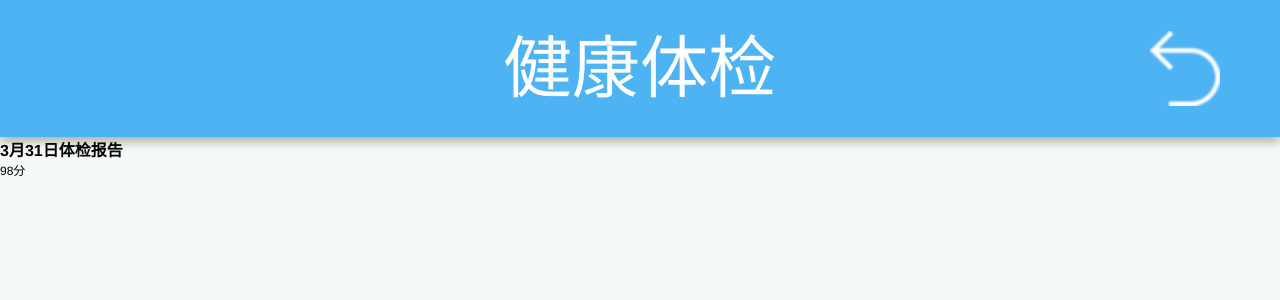
Repository: wangbiaozy/8.24
Page: index_health.html
These files come from the project's save history. The page is drawn as it stood at one moment and after the next save; the edit follows.
The browser window is 1280 px wide. The pictures show the whole page.

Above is the page before, as saved 2018-08-23 20:20:36.

### index_health.html
<!DOCTYPE html>
<html lang="en">
<head>
    <meta charset="UTF-8">
    <meta name="viewport"
          content="width=device-width, user-scalable=no, initial-scale=1.0, maximum-scale=1.0, minimum-scale=1.0">
    <title>Title</title>
    <link rel="stylesheet" href="css/reset.min.css">
    <link rel="stylesheet/less" href="css/styles_test.less">
    <script src="js/less-1.7.0.min.js"></script>
</head>
<body>
    <header>
        <p>健康体检</p>
        <a class="back" href="javascript:void(0)"></a>
    </header>
    <main>
        <h2>
            <a href=""></a>
            <p><span>3月31日</span>体检报告</p>
            <a href=""></a>
        </h2>
        <p><span>98</span>分</p>
    </main>
</body>
</html>
<script src="js/jquery-1.10.1.min.js"></script>
<script src="js/index.js"></script>

### css/reset.min.css
@charset "utf-8";
/*默认样式清除和初始化*/
body,h1,h2,h3,h4,h5,h6,hr,p,blockquote,dl,dt,dd,ul,ol,li,button,input,textarea,th,td{margin:0;padding:0}body{font-size:12px;font-style:normal;font-family:"\5FAE\8F6F\96C5\9ED1",Helvetica,sans-serif}small{font-size:12px}h1{font-size:18px}h2{font-size:16px}h3{font-size:14px}h4,h5,h6{font-size:100%}ul,ol{list-style:none}a{text-decoration:none;background-color:transparent}a:hover,a:active{outline-width:0;text-decoration:none}table{border-collapse:collapse;border-spacing:0}hr{border:0;height:1px}img{border-style:none}img:not([src]){display:none}svg:not(:root){overflow:hidden}html{-webkit-touch-callout:none;-webkit-text-size-adjust:100%}input,textarea,button,a{-webkit-tap-highlight-color:rgba(0,0,0,0)}article,aside,details,figcaption,figure,footer,header,main,menu,nav,section,summary{display:block}audio,canvas,progress,video{display:inline-block}audio:not([controls]),video:not([controls]){display:none;height:0}progress{vertical-align:baseline}mark{background-color:#ff0;color:#000}sub,sup{position:relative;font-size:75%;line-height:0;vertical-align:baseline}sub{bottom:-0.25em}sup{top:-0.5em}button,input,select,textarea{font-size:100%;outline:0}button,input{overflow:visible}button,select{text-transform:none}textarea{overflow:auto}button,html [type="button"],[type="reset"],[type="submit"]{-webkit-appearance:button}button::-moz-focus-inner,[type="button"]::-moz-focus-inner,[type="reset"]::-moz-focus-inner,[type="submit"]::-moz-focus-inner{border-style:none;padding:0}button:-moz-focusring,[type="button"]:-moz-focusring,[type="reset"]:-moz-focusring,[type="submit"]:-moz-focusring{outline:1px dotted ButtonText}[type="checkbox"],[type="radio"]{box-sizing:border-box;padding:0}[type="number"]::-webkit-inner-spin-button,[type="number"]::-webkit-outer-spin-button{height:auto}[type="search"]{-webkit-appearance:textfield;outline-offset:-2px}[type="search"]::-webkit-search-cancel-button,[type="search"]::-webkit-search-decoration{-webkit-appearance:none}::-webkit-input-placeholder{color:inherit;opacity:.54}::-webkit-file-upload-button{-webkit-appearance:button;font:inherit}.clear:after{display:block;height:0;content:"";clear:both}
*{ -webkit-tap-highlight-color: rgba(0,0,0,0);-webkit-tap-highlight-color: transparent; /* For some Androids */ }

### js/index.js
(function (doc, win) {
    var docEl = doc.documentElement,
        resizeEvt = 'orientationchange' in window ? 'orientationchange' : 'resize',
        recalc = function () {
            var clientWidth = docEl.clientWidth;
            if (!clientWidth) return;
            docEl.style.fontSize = 100 * (clientWidth / 750) + 'px';
        };
    if (!doc.addEventListener) return;
    win.addEventListener(resizeEvt, recalc, false);
    doc.addEventListener('DOMContentLoaded', recalc, false);
})(document, window);
$(function () {

    //首页一键体检
    $('#beforeBtn').on('click',function(){
        $('.before').hide();
        $('.check').show();
        $('.progress').circleProgress({
            value: 1,
            size: 115,
            startAngle: Math.PI/2,
            thickness: 14,
            animation: {duration:12000},//进度条完成时间（ms）
            fill: {
                gradient: ["#32edfd"]
            },
            //circle-animation-start：	function(event)-event - jQ事件
            //circle-animation-progress：	function(event, animationProgress, stepValue)：-event - jQ事件 animationProgress - 从0.0到1.0stepValue - 当前的步长值，从0.0到value
            //circle-animation-end:	function(event)：-event - jQ事件
        }).on('circle-animation-progress', function (event, progress, stepValue) {
                $(this).find('span').html(parseInt(stepValue.toFixed(2) * 100));
        }).on('circle-animation-end',function(){
            $('.message').removeClass('move');
            stop();
            $('.check').hide();
            $('.result').show();
        });
        start();
        messageMove();
    });

    //远程测速
    (function () {
        try {
            $('.progress_1').circleProgress({
                value: 1,
                size: 150,
                startAngle: Math.PI / 2,
                thickness: 14,
                animation: { duration: 24000 },//进度条完成时间（ms）
                fill: {
                    gradient: ["#32edfd"]
                },
            }).on('circle-animation-progress', function (event, progress, stepValue) {
                $(this).find('span').html(parseInt(stepValue.toFixed(2) * 100));
            }).on('circle-animation-end', function () {
                stop();
                $('.result_1').show();
                /* if(success){
                    $('.result_1').show();
                }else{
                    $('.result_2').show();
                } */
            });
            start();
        } catch{ }
    })();

    //优化按钮显示优化弹窗
    $('#showOptimizeTcBtn').on('click',function(){
        $('.tc_optimize').show();
    });


    //检查项滚动
    var messageInnerText = '1111';
    function messageScroll(){
        $('.message').children('li:first-child').remove();
        $('.message').append('<li>'+messageInnerText+'</li>');
        if(!$('.message').hasClass('move')){
            window.clearInterval(timer);
        }
    }
    function messageMove(){
        timer = window.setInterval(messageScroll,500);
    }


    //检测时间
    var hour,minute,second;
    hour=minute=second=0;
    var millisecond=0;
    var int;
    function start(){
        int=setInterval(times,50);
    }
    function times(){
        millisecond=millisecond+50;
        if(millisecond>=1000){
            millisecond=0;
            second=second+1;
        }
        if(second>=60){
            second=0;
            minute=minute+1;
        }

        if(minute>=60){
            minute=0;
            hour=hour+1;
        }
      $('#timeText').text((hour<10?"0"+hour:hour)+':'+(minute<10?"0"+minute:minute)+':'+(second<10?"0"+second:second));
    }
    function stop(){
        window.clearInterval(int);
    }


    //查看详细清单下拉
    $('.arrow').on('click',function(){
        var $this = $(this),
            $listBox = $(this).siblings('div');
        $listBox.slideToggle("normal",function(){
            if($listBox.css('display') === 'block'){
                $this.addClass('act');
                $this.siblings('p').css('opacity','0');
            }else{
                $this.removeClass('act');
                $this.siblings('p').css('opacity','1');
            }
        });
    });



    //网关重启 WIFI开关 LED指示灯开关 查看黑名单
    $('#controlBox').on('click','a',function(){
        var $this = $(this);
        if($this.hasClass('off')){
            $this.removeClass('off');
        }else{
            $this.addClass('off');
        }
    });

    $('#look_blacklist').on('click',function(){
        $('.blacklistModel').show();
    });

    //返回
    $('.back').on('click',function(){
        window.history.go(-1);
    });
    //关闭弹窗
    $('.close').on('click',function(){
        $(this).parent().hide();
        hideMask();
    });
    //显示遮罩层
    function showMask(){
        $("#mask").css("height",$(document).height());
        $("#mask").css("width",$(document).width());
        $("#mask").show();
        $('body').css('position','fixed');
    }
    //隐藏遮罩层
    function hideMask(){
        $("#mask").hide();
        $('body').css('position','unset');
    }
});

Loaded but not shown: js/less-1.7.0.min.js (library); js/jquery-1.10.1.min.js (library)

After the next save:
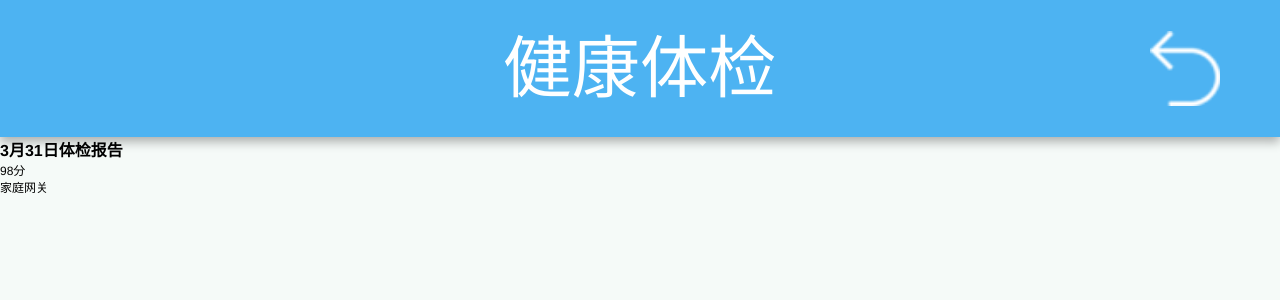
Saved 46 s later.
--- a/index_health.html
+++ b/index_health.html
@@ -15,12 +15,18 @@
         <a class="back" href="javascript:void(0)"></a>
     </header>
     <main>
-        <h2>
-            <a href=""></a>
-            <p><span>3月31日</span>体检报告</p>
-            <a href=""></a>
-        </h2>
-        <p><span>98</span>分</p>
+        <div class="head">
+            <h2>
+                <a href=""></a>
+                <p><span>3月31日</span>体检报告</p>
+                <a href=""></a>
+            </h2>
+            <p><span>98</span>分</p>
+        </div>
+        <div class="title">
+            <span></span>
+            <p>家庭网关</p>
+        </div>
     </main>
 </body>
 </html>
